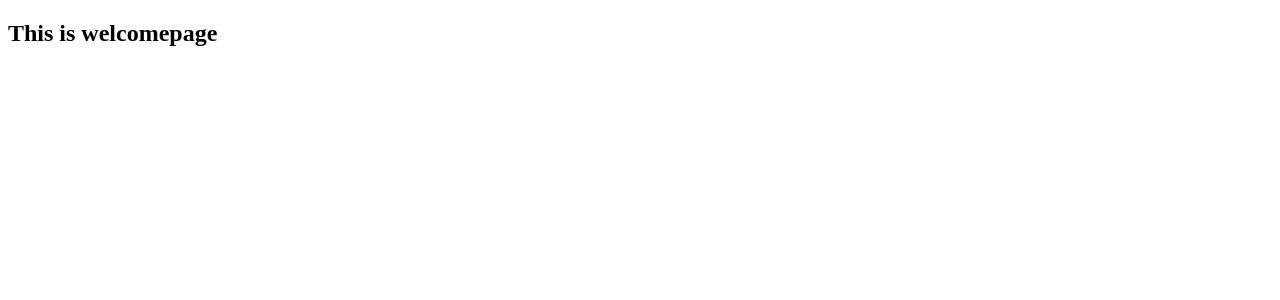
Repository: divyaabharathi/core-java
Page: simple-webapp/WebContent/index.html
The author's editor kept a copy of each file at every save. The page is drawn from the files as they stood at one save, then again after the next save.
The browser window is 1280 px wide. The pictures show the whole page.

Above is the page before, as saved 2018-03-06 07:13:41.

### simple-webapp/WebContent/index.html
<!DOCTYPE html>
<html>
<head>
<meta charset="ISO-8859-1">
<title>Insert title here</title>
</head>
<body>
<h2> This is welcomepage</h2>
</body>
</html>

After the next save:
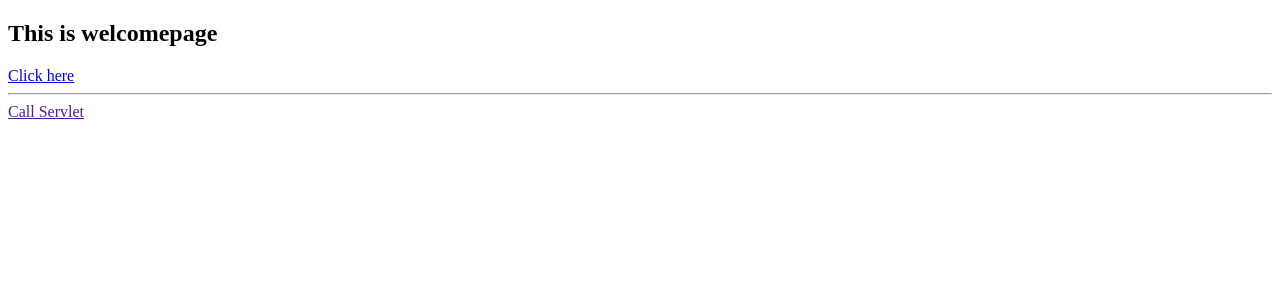
Saved 99 s later.
--- a/simple-webapp/WebContent/index.html
+++ b/simple-webapp/WebContent/index.html
@@ -6,5 +6,8 @@
 </head>
 <body>
 <h2> This is welcomepage</h2>
+<a href="login.html">Click here</a>
+<hr>
+<a href="">Call Servlet</a>
 </body>
 </html>
